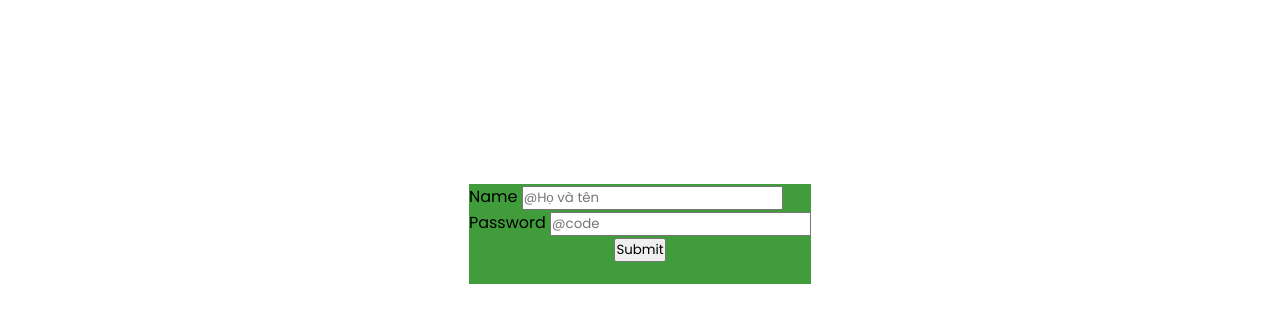
Repository: TruongVu299/Nhom21_NguyenThiNgocLam_DoTruongVu
Page: SourcesCode/index2.html
An editor plug-in stored every save of this project. The page is shown before and after the next save, followed by the edit.
The browser window is 1280 px wide. The pictures show the whole page.

Above is the page before, as saved 2023-04-22 02:59:22.

### SourcesCode/index2.html
<!DOCTYPE html>
<html lang="en">
<head>
    <meta charset="UTF-8">
    <meta http-equiv="X-UA-Compatible" content="IE=edge">
    <meta name="viewport" content="width=device-width, initial-scale=1.0">
    <title>Đăng nhập</title>
    <link rel="stylesheet" href="./style2.css">
</head>
<body>
    <div id="wrapper">
        <div class="h1">
            <label >Name</label>
            <input placeholder="@Họ và tên" >
        </div>
        <div class="h2">
            <label>Password</label>
            <input placeholder="@code" >
        </div>
        <div class="h3">
            <button >Submit</button>
        </div>
    </div>
</body>
</html>

### SourcesCode/style2.css
@import url('https://fonts.googleapis.com/css2?family=Poppins:ital,wght@0,400;0,500;0,600;1,200;1,400;1,500&display=swap');
*{
    padding:0;
    margin:0;
    box-sizing: border-box;
    font-family:'Poppins', sans-serif;
    cursor: pointer;
}
#wrapper {
    width:max-content;
    height: 100px;
    margin:0px auto;
    margin-top:184px;
    margin-bottom: 50px;
    background:#419c3b;

}
#wrapper .h3 {
    text-align: center;
}

After the next save:
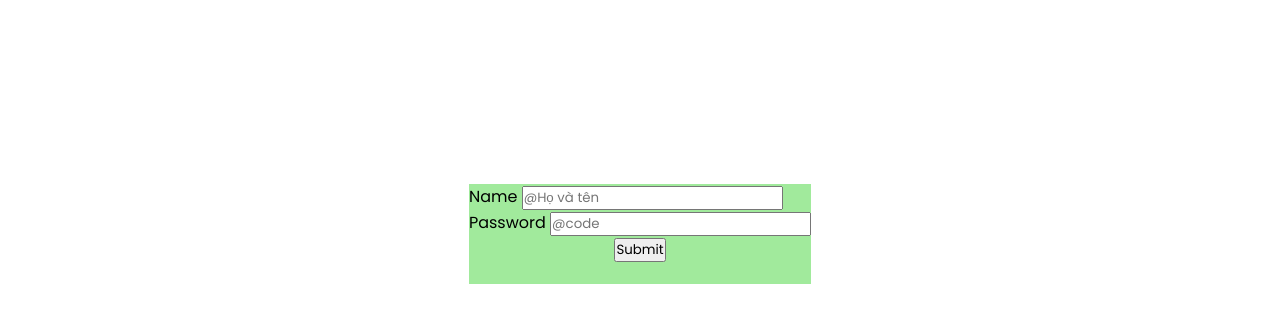
Saved 118 s later.
--- a/SourcesCode/style2.css
+++ b/SourcesCode/style2.css
@@ -12,7 +12,8 @@
     margin:0px auto;
     margin-top:184px;
     margin-bottom: 50px;
-    background:#419c3b;
+    background:#a1ea9c;
+    border:#378a31
 
 }
 #wrapper .h3 {
